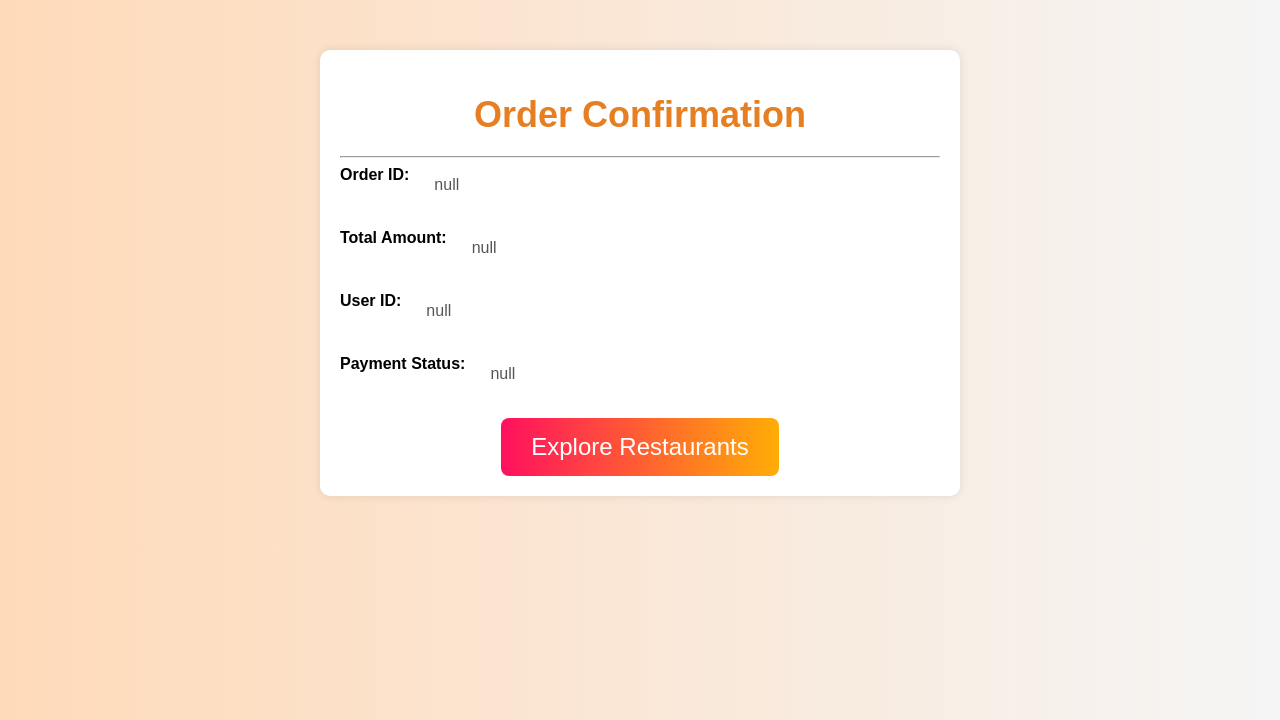
Repository: SWATHIBHUMA/FoodDelivaryApp
Page: http://localhost/FoodDelivaryApp/orderConfirmation.jsp
These files come from the project's save history. The page is drawn as it stood at one moment and after the next save; the edit follows.
The browser window is 1280 px wide. The pictures show the whole page.
The page is served by Tomcat 9.

Above is the page before, as saved 2024-01-16 07:30:45.

After the next save:
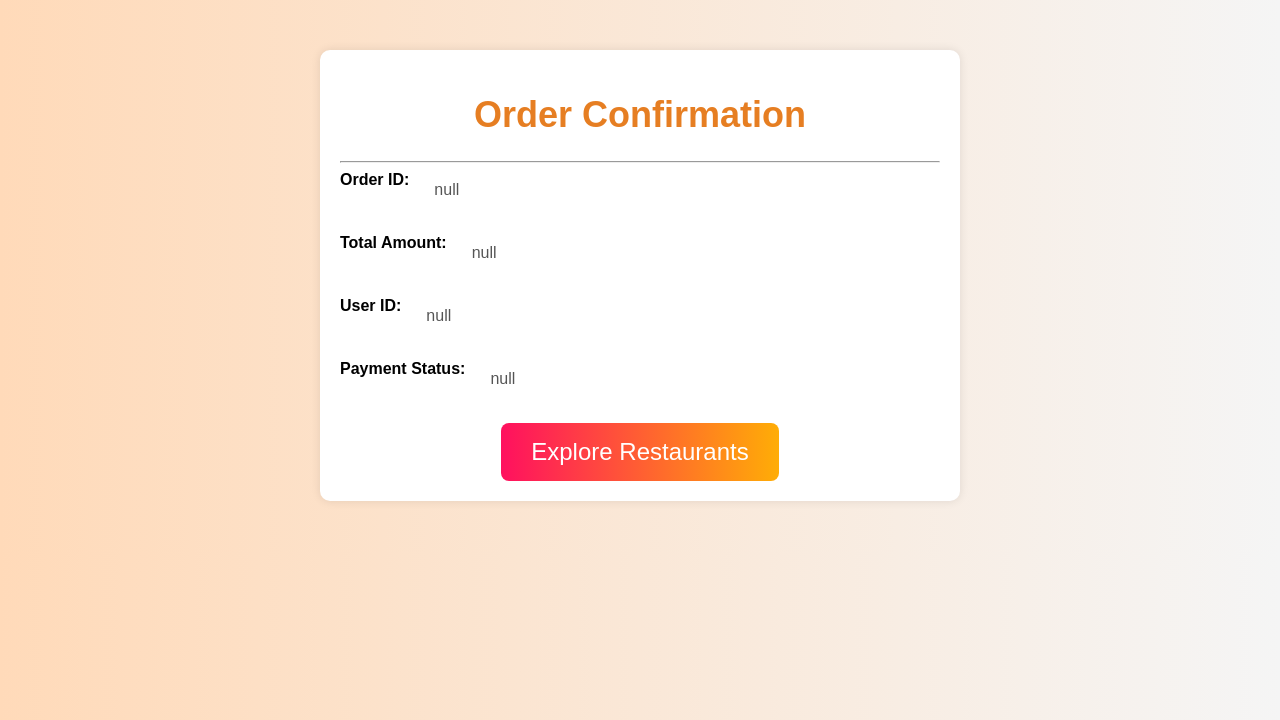
Saved 37 s later.
--- a/FoodDelivaryApp/src/main/webapp/orderConfirmation.jsp
+++ b/FoodDelivaryApp/src/main/webapp/orderConfirmation.jsp
@@ -38,7 +38,7 @@
         h1 {
 			color: #e67e22;
 			/* Dark orange text */
-			margin-bottom: 20px;
+			margin-bottom: 25px;
 			font-size: 36px;
 			/* Increased font size */
 			animation: bounce 1s forwards;
